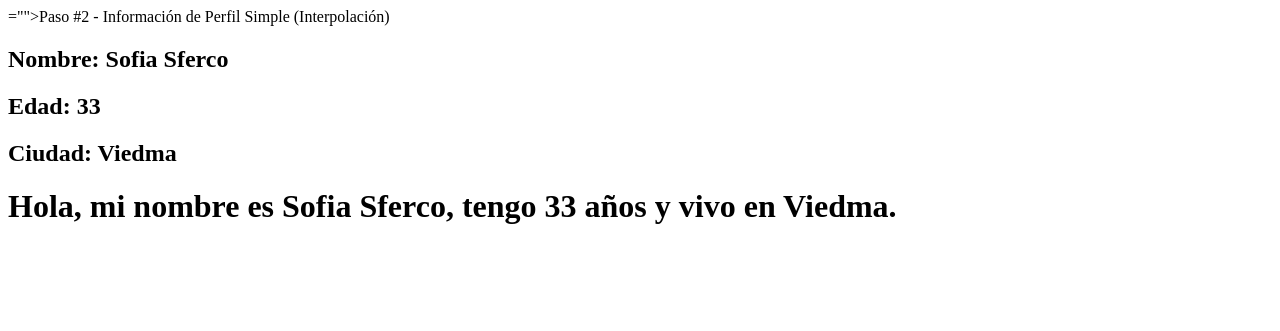
Repository: SofiaSferco/PWA-2026
Page: practico01/index.html
The author's editor kept a copy of each file at every save. The page is drawn from the files as they stood at one save, then again after a run of saves.
The browser window is 1280 px wide. The pictures show the whole page.

Above is the page before, as saved 2026-09-10 00:19:41.

### practico01/index.html
<!DOCTYPE html>
<html lang="en">
<head>
    <meta charset="UTF-8">
    <title>Practico 01</title>
    <script src="https://cdn.jsdelivr.net/npm/vue/dist/vue.js"></script>
</head>
<body>
    <div id="app">
        <p
        <h1>Paso #2 - Información de Perfil Simple (Interpolación)</h1>
        <h2>Nombre: {{nombre}}</h2>
        <h2>Edad: {{edad}}</h2>
        <h2>Ciudad: {{ciudad}}</h2>
        <h1>Hola, mi nombre es {{nombre}}, tengo {{edad}} años y vivo en {{ciudad}}.</h1>
    </div>
    <script>
       var app= new Vue({
           el: '#app',
           data: {
               nombre: 'Sofia Sferco',
               edad: 33,
               ciudad: 'Viedma',
           }
       })
    </script>
</body>
</html>

After the next 2 saves:
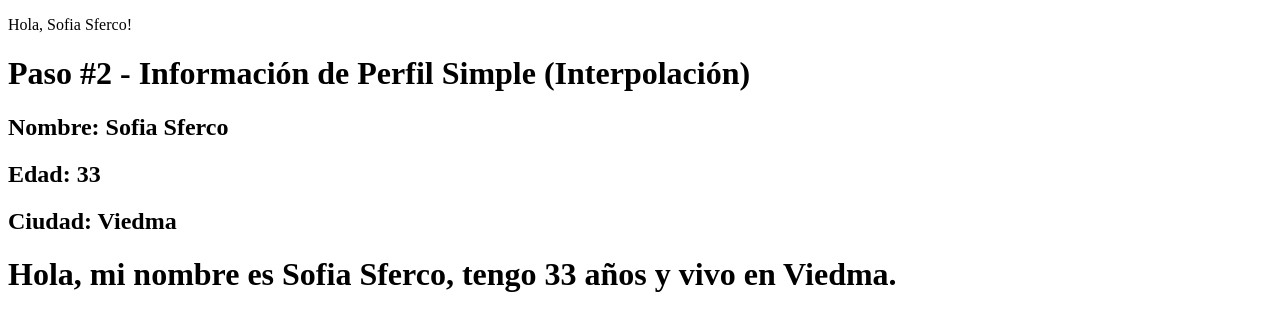
The 2 saves are shown as one change because they came seconds apart.
The last was saved 11 s later.
--- a/practico01/index.html
+++ b/practico01/index.html
@@ -7,7 +7,7 @@
 </head>
 <body>
     <div id="app">
-        <p
+        <p>Hola, {{nombre}}!</p>
         <h1>Paso #2 - Información de Perfil Simple (Interpolación)</h1>
         <h2>Nombre: {{nombre}}</h2>
         <h2>Edad: {{edad}}</h2>
